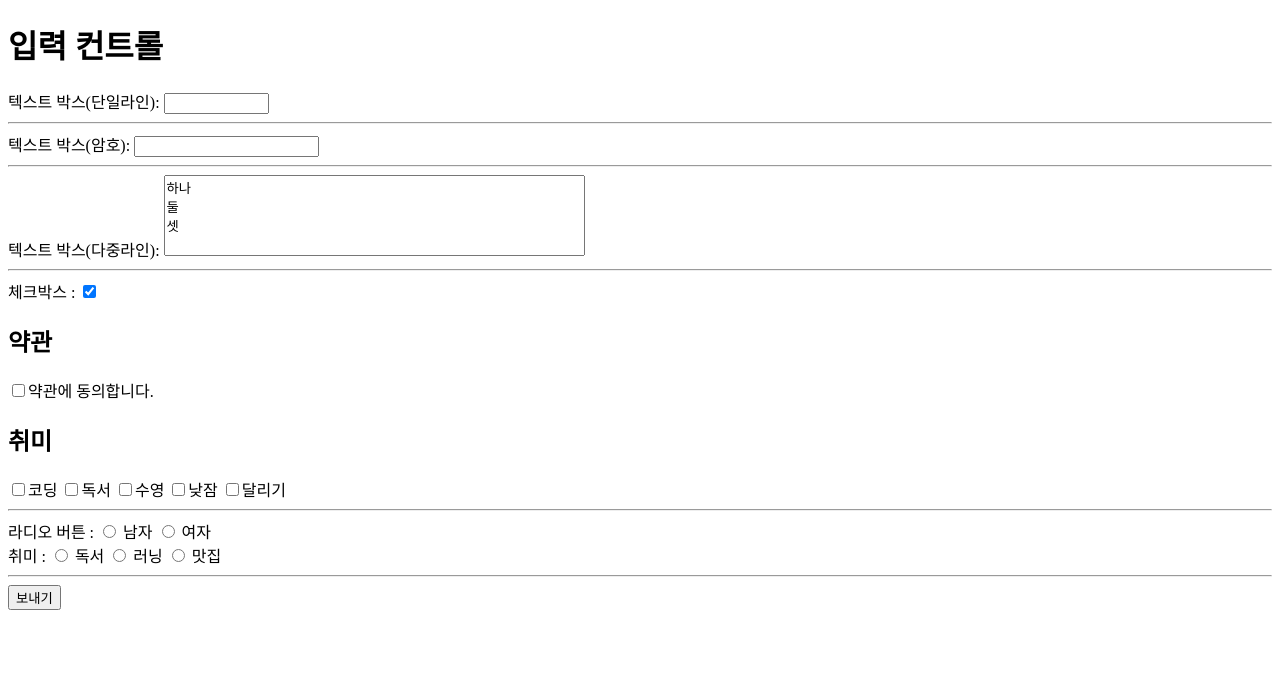
Repository: dnjs0/HCJ
Page: ClientTest/src/main/webapp/ex19_form.html
The author's editor kept a copy of each file at every save. The page is drawn from the files as they stood at one save, then again after the next save.
The browser window is 1280 px wide. The pictures show the whole page.

Above is the page before, as saved 2025-02-12 03:27:13.

After the next save:
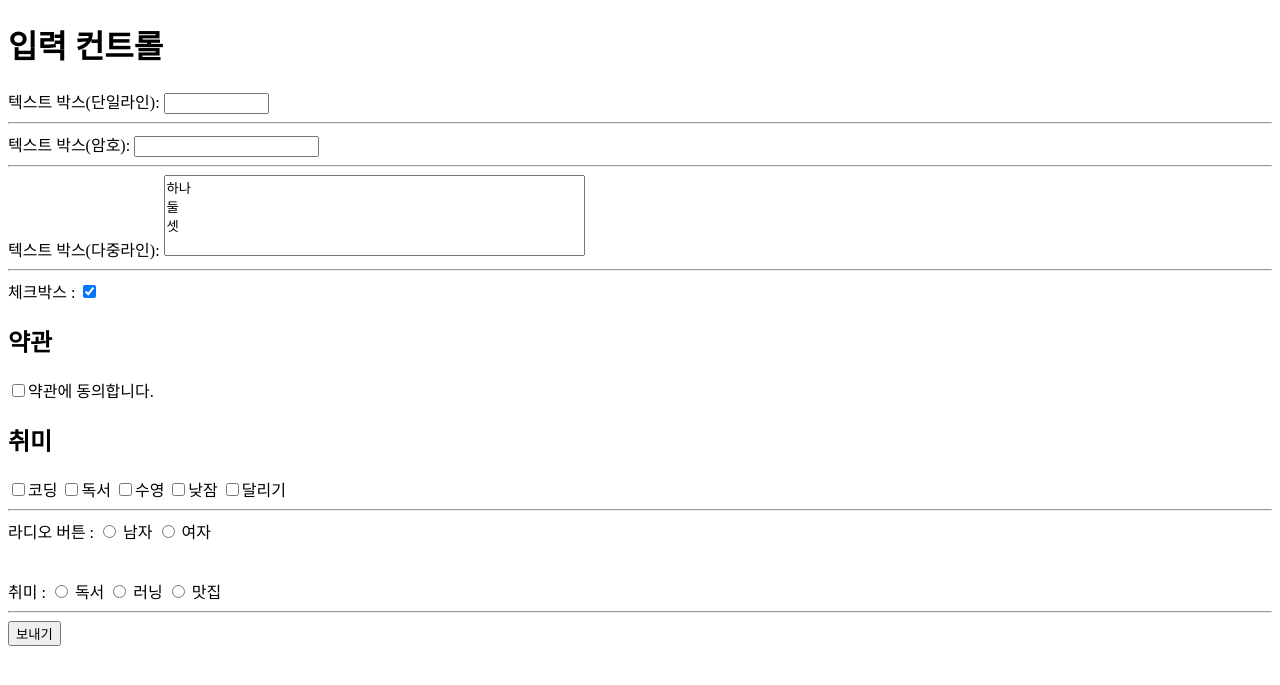
Saved 34 s later.
--- a/ClientTest/src/main/webapp/ex19_form.html
+++ b/ClientTest/src/main/webapp/ex19_form.html
@@ -99,6 +99,8 @@
          <input type="radio" name = "rb1"> 여자
 
          <br>
+         <bR>
+         <br>
 
          취미 :
          <input type="radio" name ="rb2"> 독서
